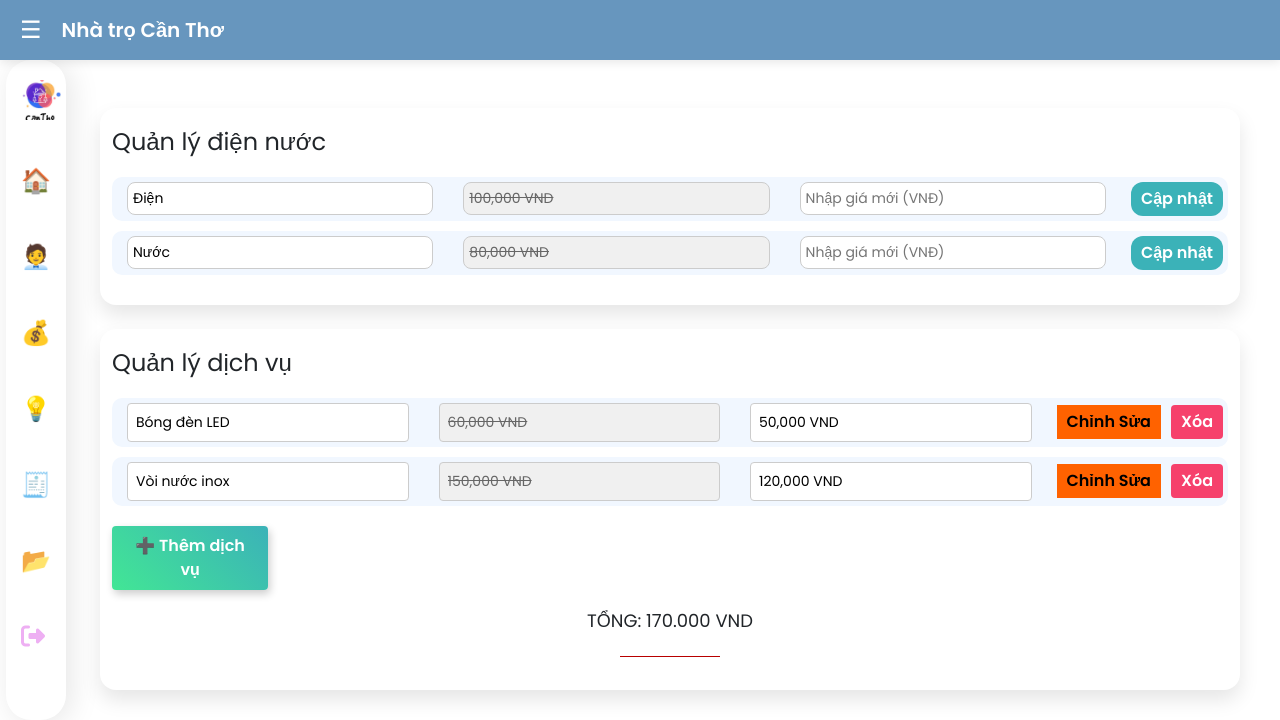
Repository: nhutty0402/DoAn02
Page: HTML/dichvu.html
These files come from the project's save history. The page is drawn as it stood at one moment and after the next save; the edit follows.
The browser window is 1280 px wide. The pictures show the whole page.

Above is the page before, as saved 2025-03-21 00:28:06.

### HTML/dichvu.html
<!DOCTYPE html>
<html>
<head>
    <meta charset="utf-8">
    <meta http-equiv="X-UA-Compatible" content="IE=edge">
    <title></title>
    <meta name="description" content="">
    <meta name="viewport" content="width=device-width, initial-scale=1">
    <link rel="stylesheet" href="../css/dichvu.css">

    <!-- CSS -->
    <link href="https://cdn.jsdelivr.net/npm/bootstrap@5.3.3/dist/css/bootstrap.min.css" rel="stylesheet" integrity="sha384-QWTKZyjpPEjISv5WaRU9OFeRpok6YctnYmDr5pNlyT2bRjXh0JMhjY6hW+ALEwIH" crossorigin="anonymous">
    <link href="https://fonts.googleapis.com/css2?family=Poppins:wght@300;400;600&display=swap" rel="stylesheet">
    <link rel="stylesheet" href="https://cdnjs.cloudflare.com/ajax/libs/font-awesome/6.4.2/css/all.min.css">

    <!-- JS -->
    <script src="https://cdnjs.cloudflare.com/ajax/libs/jquery/3.7.1/jquery.min.js" integrity="sha512-v2CJ7UaYy4JwqLDIrZUI/4hqeoQieOmAZNXBeQyjo21dadnwR+8ZaIJVT8EE2iyI61OV8e6M8PP2/4hpQINQ/g==" crossorigin="anonymous" referrerpolicy="no-referrer"></script>
    <script src="https://cdn.jsdelivr.net/npm/@popperjs/core@2.11.8/dist/umd/popper.min.js" integrity="sha384-I7E8VVD/ismYTF4hNIPjVp/Zjvgyol6VFvRkX/vR+Vc4jQkC+hVqc2pM8ODewa9r" crossorigin="anonymous"></script>
    <script src="https://cdn.jsdelivr.net/npm/bootstrap@5.3.3/dist/js/bootstrap.min.js" integrity="sha384-0pUGZvbkm6XF6gxjEnlmuGrJXVbNuzT9qBBavbLwCsOGabYfZo0T0to5eqruptLy" crossorigin="anonymous"></script>
</head>

<body>
    <header class="header">
        <div class="menu-toggle">☰</div>
        <div class="header-title">Nhà trọ Cần Thơ</div>
    </header>

    <div class="sidebar">
        <div class="logo_content">
            <div class="logo">
                <div class="icon">
                    <img src="../imag/moi.jpg" alt="Logo">
                </div>
                <div class="logo_name">Xin chào, admin</div>
            </div>
        </div>
        <ul class="nav_list">
            <li><a href="menu.html"><span class="icon">🏠</span><span class="link_name">Trang chủ</span></a></li>
            <li><a href="Quanlykhachhang.html"><span class="icon">🧑‍💼</span><span class="link_name">Quản lý khách hàng</span></a></li>
            <li><a href="doanhthu.html"><span class="icon">💰</span><span class="link_name">Doanh thu</span></a></li>
            <li><a href="dichvu.html"><span class="icon">💡</span><span class="link_name">Dịch vụ</span></a></li>
            <li><a href="hoadon.html"><span class="icon">🧾</span><span class="link_name">Hóa đơn</span></a></li>
            <li><a href="quanlihopdong.html"><span class="icon">📂</span><span class="link_name">Quản lý hợp đồng</span></a></li>
            <li><a href="dangxuat.html" class="logout-link"><span class="icon"><i class="fas fa-sign-out-alt"></i></span><span class="link_name">Đăng Xuất</span></a></li>
        </ul>
    </div>

    <div class="content flex-grow-1 p-4">
        <div class="topbar d-flex justify-content-between align-items-center mb-4"></div>

        <!-- Quản lý điện nước -->
        <div class="container">
            <div class="cf-title-03">
                <h3>Quản lý điện nước</h3>
            </div>
            <div id="product-list">
                <!-- Sản phẩm mẫu được thêm trực tiếp trong HTML -->
                <div class="product">
                    <input type="text" value="Điện" placeholder="Tên sản phẩm" readonly>
                    <input type="text" value="100,000 VND" placeholder="Giá cũ (VNĐ)" readonly class="old-price">
                    <input type="text" value="" placeholder="Nhập giá mới (VNĐ)" oninput="formatCurrency(this)">
                    <div class="btn-group">
                        <button class="update-btn" onclick="updateProduct(this)">Cập nhật</button>
                    </div>
                </div>
                <div class="product">
                    <input type="text" value="Nước" placeholder="Tên sản phẩm" readonly>
                    <input type="text" value="80,000 VND" placeholder="Giá cũ (VNĐ)" readonly class="old-price">
                    <input type="text" value="" placeholder="Nhập giá mới (VNĐ)" oninput="formatCurrency(this)">
                    <div class="btn-group">
                        <button class="update-btn" onclick="updateProduct(this)">Cập nhật</button>
                    </div>
                </div>
            </div>
        </div><br>

        <!-- Quản lý dịch vụ -->
        <div class="container">
            <div class="cf-title-03">
                <h3>Quản lý dịch vụ</h3>
            </div>
            <div id="service-list">
                <!-- Dịch vụ mẫu được thêm trực tiếp trong HTML -->
                <div class="service">
                    <input type="text" value="Bóng đèn LED" placeholder="Tên sản phẩm" readonly class="product-name">
                    <input type="text" value="60,000 VND" placeholder="Giá cũ (VNĐ)" readonly class="old-price">
                    <input type="text" value="50,000 VND" placeholder="Nhập giá mới (VNĐ)" readonly class="new-price">
                    <div class="btn-group">
                        <button class="edit-btn" onclick="updateService(this)">Chỉnh Sửa</button>
                        <button class="delete-btn" onclick="deleteService(this)">Xóa</button>
                    </div>
                </div>
                <div class="service">
                    <input type="text" value="Vòi nước inox" placeholder="Tên sản phẩm" readonly class="product-name">
                    <input type="text" value="150,000 VND" placeholder="Giá cũ (VNĐ)" readonly class="old-price">
                    <input type="text" value="120,000 VND" placeholder="Nhập giá mới (VNĐ)" readonly class="new-price">
                    <div class="btn-group">
                        <button class="edit-btn" onclick="updateService(this)">Chỉnh Sửa</button>
                        <button class="delete-btn" onclick="deleteService(this)">Xóa</button>
                    </div>
                </div>
            </div>
            <button class="add-btn" onclick="addService()">➕ Thêm dịch vụ</button>
            <div class="cf-title-01">
                <h6>TỔNG: <span id="total-price">0 VND</span></h6>
            </div>
        </div>
    <!-- JavaScript -->
    <script>
        const toggle = document.querySelector('.menu-toggle');
        const sidebar = document.querySelector('.sidebar');
        toggle.addEventListener('click', () => {
            sidebar.classList.toggle('active');
        });

        function formatCurrency(input) {
            let value = input.value.replace(/\D/g, '');
            if (value === '') {
                input.value = '';
                return;
            }
            let number = parseInt(value, 10);
            input.value = number.toLocaleString('vi-VN') + ' VND';
        }

        function addService(name = "", price = "", oldPrice = "") {
            let serviceList = document.getElementById("service-list");
            let serviceDiv = document.createElement("div");
            serviceDiv.classList.add("service");
            serviceDiv.innerHTML = `
                <input type="text" value="${name}" placeholder="Tên sản phẩm">
                <input type="text" value="${oldPrice ? parseInt(oldPrice).toLocaleString('vi-VN') + ' VND' : ''}" placeholder="Giá cũ (VNĐ)" readonly class="old-price">
                <input type="text" value="${price}" placeholder="Nhập giá mới (VNĐ)" oninput="formatCurrency(this)">
                <div class="btn-group">
                    <button class="update-btn" onclick="updateService(this)">Cập nhật</button>
                    <button class="delete-btn" onclick="deleteService(this)">Xóa</button>
                </div>
            `;
            serviceList.appendChild(serviceDiv);
        }

        function updateProduct(button) {
            let productDiv = button.closest(".product");
            let inputs = productDiv.querySelectorAll("input");
            if (button.innerText === "Cập nhật") {
                let name = inputs[0].value.trim();
                let price = inputs[2].value.trim().replace(/\D/g, '');
                if (name === "" || price === "") {
                    alert("Vui lòng nhập đầy đủ thông tin!");
                    return;
                }
                inputs[0].setAttribute("readonly", true);
                inputs[2].setAttribute("readonly", true);
                button.innerText = "Chỉnh sửa";
                button.classList.remove("update-btn");
                button.classList.add("edi-btn");
                alert(`Cập nhật thành công: ${name} - ${inputs[2].value}`);
            } else {
                inputs[0].removeAttribute("readonly");
                inputs[2].removeAttribute("readonly");
                button.innerText = "Cập nhật";
                button.classList.remove("edi-btn");
                button.classList.add("update-btn");
            }
        }

        function updateService(button) {
            let serviceDiv = button.closest(".service");
            let inputs = serviceDiv.querySelectorAll("input");
            if (button.innerText === "Cập nhật") {
                let name = inputs[0].value.trim();
                let price = inputs[2].value.trim().replace(/\D/g, '');
                if (name === "" || price === "") {
                    alert("Vui lòng nhập đầy đủ thông tin!");
                    return;
                }
                inputs[0].setAttribute("readonly", true);
                inputs[2].setAttribute("readonly", true);
                button.innerText = "Chỉnh sửa";
                button.classList.remove("update-btn");
                button.classList.add("edi-btn");
                alert(`Cập nhật thành công: ${name} - ${inputs[2].value}`);
            } else {
                inputs[0].removeAttribute("readonly");
                inputs[2].removeAttribute("readonly");
                button.innerText = "Cập nhật";
                button.classList.remove("edi-btn");
                button.classList.add("update-btn");
            }
        }

        function deleteService(button) {
            if (confirm("Bạn có chắc muốn xóa sản phẩm này?")) {
                button.closest(".service").remove();
            }
        }
    </script>
    <!--Tính tổng-->
  <!-- JavaScript -->
  <script>
    // Hàm tính tổng giá mới và hiển thị
    function calculateTotal() {
        const newPriceInputs = document.querySelectorAll('.new-price');
        let total = 0;

        newPriceInputs.forEach(input => {
            // Lấy giá trị từ input, loại bỏ " VND" và dấu phẩy
            const priceText = input.value.replace(' VND', '').replace(/,/g, '');
            const price = parseFloat(priceText) || 0; // Chuyển thành số, nếu không hợp lệ thì trả về 0
            total += price;
        });

        // Định dạng tổng với dấu phẩy và thêm " VND"
        const formattedTotal = total.toLocaleString('vi-VN') + ' VND';
        document.getElementById('total-price').textContent = formattedTotal;
    }

    // Hàm thêm dịch vụ mới
    function addService() {
        const serviceList = document.getElementById('service-list');
        const newService = document.createElement('div');
        newService.className = 'service';
        newService.innerHTML = `
            <input type="text" placeholder="Tên sản phẩm" class="product-name">
            <input type="text" placeholder="Giá cũ (VNĐ)" class="old-price">
            <input type="text" placeholder="Nhập giá mới (VNĐ)" class="new-price" oninput="calculateTotal()">
            <div class="btn-group">
                <button class="edit-btn" onclick="updateService(this)">Chỉnh Sửa</button>
                <button class="delete-btn" onclick="deleteService(this)">Xóa</button>
            </div>
        `;
        serviceList.appendChild(newService);
        calculateTotal(); // Cập nhật tổng sau khi thêm
    }

    // Hàm chỉnh sửa dịch vụ
    function updateService(button) {
        const service = button.closest('.service');
        const inputs = service.querySelectorAll('input');
        const isReadOnly = inputs[0].hasAttribute('readonly');

        if (isReadOnly) {
            // Chuyển sang chế độ chỉnh sửa
            inputs.forEach(input => input.removeAttribute('readonly'));
            button.textContent = 'Cập Nhật';
            button.classList.remove('edit-btn');
            button.classList.add('update-btn'); // Chuyển sang màu xanh dương
        } else {
            // Chuyển về chế độ readonly
            inputs.forEach(input => input.setAttribute('readonly', true));
            button.textContent = 'Chỉnh Sửa';
            button.classList.remove('update-btn');
            button.classList.add('edit-btn'); // Chuyển về màu cam
            calculateTotal(); // Cập nhật tổng sau khi lưu
        }
    }

    // Hàm xóa dịch vụ
    function deleteService(button) {
        const service = button.closest('.service');
        service.remove();
        calculateTotal(); // Cập nhật tổng sau khi xóa
    }

    // Tính tổng khi trang được tải
    window.onload = calculateTotal;
</script>
</body>
</html>

### CSS/dichvu.css
/* Reset cơ bản */
* {
  margin: 0;
  padding: 0;
  box-sizing: border-box;
  font-family: 'Poppins', sans-serif;
}

/* Thiết lập body */
body {
  min-height: 100vh;
  background: #e7e7e7;
  display: flex;
  flex-direction: column;
}

/* Header ngang */
.header {
  width: 100%;
  height: 60px;
  background: #6796be;
  color: white;
  display: flex;
  align-items: center;
  padding: 0 20px;
  box-shadow: 0 2px 10px rgba(0, 0, 0, 0.1);
  position: fixed;
  top: 0;
  z-index: 1000;
}

.menu-toggle {
  font-size: 24px;
  cursor: pointer;
  margin-right: 20px;
}

.header-title {
  font-size: 20px;
  font-weight: 600;
}

/* Sidebar dọc */
.sidebar {
  position: fixed;
  top: 60px;
  left: 0;
  height: calc(100% - 60px);
  width: 60px;
  background: #fff;
  margin-left: 6px;
  padding: 10px 5px;
  transition: width 0.3s ease;
  box-shadow: 5px 3px 30px rgba(0, 0, 0, 0.1);
  border-radius: 25px;
  z-index: 900;
}

.sidebar.active {
  width: 240px;
}

.logo_content {
  display: flex;
  align-items: center;
  height: 60px;
  padding: 0 10px;
}

.logo {
  display: flex;
  align-items: center;
  gap: 10px;
}

.logo .icon img {
  width: 40px; /* Kích thước logo nhỏ hơn và đồng đều */
  height: 40px;
  object-fit: cover; /* Đảm bảo ảnh không bị méo */
}

.logo_name {
  font-size: 18px;
  font-weight: 700;
  opacity: 0;
  transition: opacity 0.3s ease;
}

.sidebar.active .logo_name {
  opacity: 1;
}

.nav_list {
  list-style: none;
  padding-left: 0;
  margin-top: 10px;
}

.nav_list li {
  display: flex;
  align-items: center;
  height: 50px; /* Giảm height để khoảng cách đều hơn */
  margin: 26px 0; /* Khoảng cách giữa các mục */
}

.nav_list li a {
  text-decoration: none;
  color: #333;
  display: flex;
  align-items: center;
  width: 100%;
  font-weight: 700;
  padding: 0 10px; /* Khoảng cách bên trong thẻ a */
  transition: font-weight 0.3s ease, transform 0.3s ease; /* Thêm transition cho hiệu ứng */
}
.nav_list li a:hover {
  transform: scale(1.05); /* Phóng to 5% khi hover */
}
.nav_list li .icon {
  font-size: 24px; /* Icon đồng đều kích thước */
  width: 40px; /* Đảm bảo icon căn đều */
  text-align: center;
}

.link_name {
  font-size: 16px;
  opacity: 0;
  transition: opacity 0.3s ease;
}

.sidebar.active .link_name {
  opacity: 1;
}

/* Nội dung chính */
.content {
  margin-top: 60px;
  margin-left: 60px;
  padding: 20px;
  flex-grow: 1;
  transition: margin-left 0.3s ease, width 0.3s ease;
  width: calc(100% - 60px);
  max-width: calc(100vw - 60px);
}

.sidebar.active ~ .content {
  margin-left: 240px;
  width: calc(100% - 240px);
  max-width: calc(100vw - 240px);
}

/* Thanh tìm kiếm */
.search-bar {
  display: flex;
  align-items: center;
  height: 38.5px;
  margin-left: auto;
  background-color: #fff;
  border-radius: 15px;
  padding: 5px;
  box-shadow: 0px 4px 6px rgba(0, 0, 0, 0.2);
  border: 2px solid #5E3582;
}

.search-bar input {
  border: none;
  outline: none;
  padding: 5px 10px;
  border-radius: 5px;
  font-size: 14px;
  width: 90px;
  transition: width 0.3s ease;
}

.search-bar input:focus {
  width: 270px;
}

.search-bar button {
  background-color: #eeaff3;
  border: none;
  color: #1c1919;
  padding: 5px 10px;
  height: 28px;
  border-radius: 10px;
  font-size: 14px;
  cursor: pointer;
  margin-left: 5px;
  transition: background-color 0.3s ease;
}

.search-bar button:hover {
  background-color: #f186f1;
}

/* Button group */
.button-group {
  display: flex;
  gap: 5px;
  padding-left: 10px;
}

.button-group .dathue:hover {
  background: rgb(167, 222, 214);
  color: black;
}

.button-group .phongtrong:hover {
  background: rgb(246, 237, 156);
  color: black;
}

.button-group .hientatca:hover {
  background: rgba(249, 205, 158, 0.952);
  color: black;
}

/* Đăng xuất */
.logout-link {
  display: flex;
  align-items: center;
  text-decoration: none;
  color: #1c1919;
  padding: 10px 15px;
  border-radius: 8px;
  transition: background-color 0.3s ease, transform 0.3s ease;
}
/* Đăng xuất */
.logout-link {
  display: flex;
  align-items: center;
  text-decoration: none;
  color: #1c1919;
  padding: 10px 15px;
  border-radius: 8px;
  transition: background-color 0.3s ease, transform 0.3s ease, font-weight 0.3s ease; /* Thêm transition cho font-weight */
}
.logout-link .icon {
  font-size: 24px; /* Đồng đều với các icon khác */
  width: 40px;
  text-align: center;
  color: #eeaff3;
  transition: transform 0.3s ease;
}

.logout-link .link_name {
  font-size: 16px;
  font-weight: 600;
}

.logout-link:hover {
  background-color: #f6cff3;
  transform: scale(1.05);
}

.logout-link:hover .icon {
  transform: rotate(-20deg);
  color: #d94bd3;
}



/* ====================================================================================================== */
/* ======================================THÂN============================================================= */
/* ========================================================================================================= */

@import url('https://fonts.googleapis.com/css2?family=Poppins:wght@300;400;600&display=swap');

/* body {
    font-family: 'Poppins', sans-serif;
    background: linear-gradient(135deg, #89f7fe, #66a6ff);
    padding: 20px;
    text-align: center;
} */

.container {
    max-width: 600px;
    margin: auto;
    background: white;
    padding: 20px;
    border-radius: 16px;
    box-shadow: 0 10px 20px rgba(0, 0, 0, 0.1);
}

/* h2 {
    color: #333;
    font-weight: 600;
    margin-bottom: 10px;
} */

.product {
    display: flex;
    justify-content: space-between;
    align-items: center;
    padding: 5px;
    border-radius: 10px;
    background: #f1f7ff;
    margin: 10px 0;
    transition: transform 0.1s ease-in-out;
}

.product:hover {
    transform: scale(1.01);
}

.product input {
    flex: 1;
    margin: 0 10px;
    padding: 8px;
    border: 1px solid #ccc;
    border-radius: 8px;
    font-size: 14px;
    transition: all 0.3s;
}

.product input:focus {
    border-color: #007bff;
    outline: none;
    box-shadow: 0 0 5px rgba(0, 123, 255, 0.3);
}

.btn-group {
    display: flex;
    gap: 8px;
}

button {
    border: none;
    cursor: pointer;
    padding: 8px 14px;
    font-size: 14px;
    transition: 0.3s;
    border-radius: 10px;
    font-weight: bold;
}

.update-btn {
    background:  #3bb2b8;
    color: white;
    border-radius: 12px;
}
.update-btn {
  background:  #3bb2b8;
  color: white;
  border-radius: 12px;
}
.update-btn:hover{
  transform: scale(1.05);
}
.edi-btn {
    background:  #f2b876e8;
    color: white;
    border-radius: 12px;
}
.edi-btn:hover{
  transform: scale(1.05);
}
.delete-btn {
    background:  #f6416c;
    color: white;
    border-radius: 12px;
}
.delete-btn:hover{
  transform: scale(1.05);
}
.add-btn {
    width: 14%;
    font-size: 16px;
    padding: 12px;
    color: white;
    background: linear-gradient(45deg, #42e695, #3bb2b8);
    font-weight: bold;
    border-radius: 12px;
    box-shadow: 2px 4px 8px rgba(0, 0, 0, 0.2);
    transition: all 0.3s ease-in-out;
}

.add-btn:hover {
    transform: scale(1.05);
    box-shadow: 4px 6px 12px rgba(0, 0, 0, 0.3);
}
/* ============================================================================================== */
/* ===BẢNG DỊCH VỤ 2============================================================ */
/* =========================================================================================================== */
.service{
  display: flex;
  justify-content: space-between;
  align-items: center;
  padding: 5px;
  border-radius: 10px;
  background: #f1f7ff;
  margin: 10px 0;
  transition: transform 0.1s ease-in-out;
}

.service:hover {
  transform: scale(1.01);
}

.service input {
  flex: 1;
  margin: 0 10px;
  padding: 8px;
  border: 1px solid #ccc;
  border-radius: 8px;
  font-size: 14px;
  transition: all 0.3s;
}

.service input:focus {
  border-color: #007bff;
  outline: none;
  box-shadow: 0 0 5px rgba(0, 123, 255, 0.3);
}
/* ===================================================TỔNG======================================== */




.cf-title-01 h6 {
	text-align:center;
	text-transform:uppercase;
	padding-bottom:5px;
}
/* .cf-title-01 h6:before {
	width:28px;
	height:5px;
	display:block;
	content:"";
	position:absolute;
	bottom:3px;
	left:50%;
	margin-left:-14px;
	background-color:#b80000;
} */
.cf-title-01 h6:after {
	width:100px;
	height:1px;
	display:block;
	content:"";
	position:relative;
	margin-top:25px;
	left:50%;
	margin-left:-50px;
	background-color: #b80000;
}

.container {
  max-width: 800px;
  margin: 20px auto;
  padding: 20px;
}
.product, .service {
  display: flex;
  align-items: center;
  margin: 10px 0;
  gap: 10px;
}
input[type="text"] {
  padding: 5px;
  flex: 1;
}
input[readonly].old-price {
  background-color: #f0f0f0;
  color: #666;
  text-decoration: line-through;
}
.btn-group button {
  margin-left: 5px;
  padding: 5px 10px;
  cursor: pointer;
}
.add-btn {
  padding: 5px 10px;
  margin-top: 10px;
}
/* Tính tổng */
.container {
  max-width: 800px;
  margin: 0 auto;
  padding: 20px;
}

.cf-title-03 h3 {
  font-size: 24px;
  margin-bottom: 20px;
}

.service {
  display: flex;
  align-items: center;
  gap: 10px;
  margin-bottom: 10px;
}

.service input {
  padding: 8px;
  border: 1px solid #ccc;
  border-radius: 4px;
  width: 200px;
}

.btn-group {
  display: flex;
  gap: 5px;
}

.update-btn, .delete-btn, .add-btn {
  padding: 8px 15px;
  border: none;
  border-radius: 4px;
  cursor: pointer;
}



.cf-title-01 h6 {
  font-size: 18px;
  margin-top: 20px;
}


/* ============= */




.edit-btn {
  background-color: #ff6200; /* Màu cam cho nút "Chỉnh Sửa" */
}

.update-btn {
  background:  #3bb2b8;
  color: white;
  border-radius: 12px;
}
.update-btn {
background:  #3bb2b8;
color: white;
border-radius: 12px;
}

After the next save:
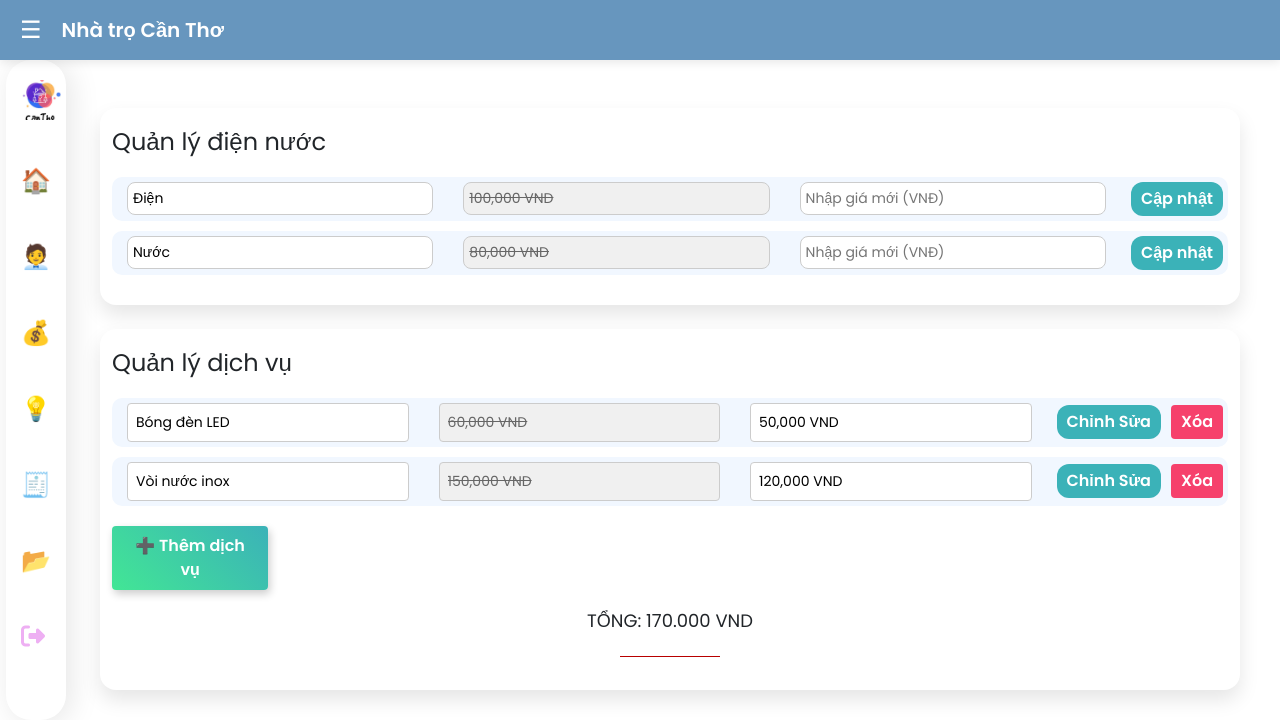
Saved 5 s later.
--- a/CSS/dichvu.css
+++ b/CSS/dichvu.css
@@ -529,7 +529,7 @@ input[readonly].old-price {
   background-color: #ff6200; /* Màu cam cho nút "Chỉnh Sửa" */
 }
 
-.update-btn {
+.edit-btn {
   background:  #3bb2b8;
   color: white;
   border-radius: 12px;
